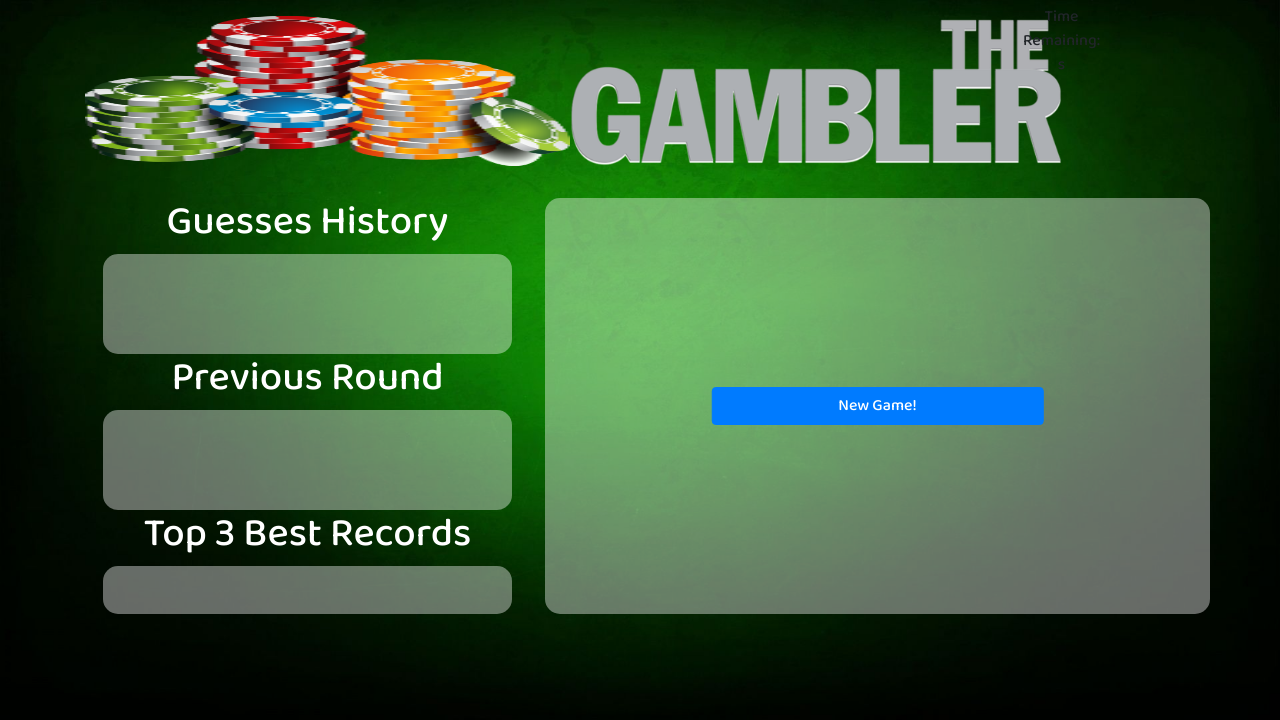
Repository: tts2610/TheCheapShootingGame
Page: index.html
An editor plug-in stored every save of this project. The page is shown before and after the next save, followed by the edit.
The browser window is 1280 px wide. The pictures show the whole page.

Above is the page before, as saved 2020-05-15 12:20:32.

### index.html
<!DOCTYPE html>
<html lang="en">

<head>
    <meta charset="UTF-8">
    <meta name="viewport" content="width=device-width, initial-scale=1.0">
    <title>Document</title>
    <link rel="stylesheet" href="https://maxcdn.bootstrapcdn.com/bootstrap/4.4.1/css/bootstrap.min.css">

    <!-- jQuery library -->
    <script src="https://ajax.googleapis.com/ajax/libs/jquery/3.4.1/jquery.min.js"></script>

    <!-- Popper JS -->
    <script src="https://cdnjs.cloudflare.com/ajax/libs/popper.js/1.16.0/umd/popper.min.js"></script>

    <!-- Latest compiled JavaScript -->
    <script src="https://maxcdn.bootstrapcdn.com/bootstrap/4.4.1/js/bootstrap.min.js"></script>

    <link href="https://fonts.googleapis.com/css2?family=Baloo+2:wght@500&display=swap" rel="stylesheet">

    <link rel="stylesheet" href="css/style.css">

</head>

<body>
    <div aria-live="polite" aria-atomic="true" style="position: relative;">
        <div style="position: absolute; top: 20px; right: 20px;" id="toast-container">
        </div>
    </div>
    <section class="container pb-5 pt-3 numberGuessingBox">
        <div class="img-container">
            <img class="center mb-3" src="img/chips.png" width="auto" height="150">
            <img class="center mb-3" src="img/gambler.png" width="auto" height="150">
            <!-- <img class="center mb-3" src="img/cards.png" width="auto" height="150"> -->
            <div class="result my-3" style="width: auto; height: 150px;">
                <div class="col">Guess Remaining:
                    <span id="guessRemaining"></span>
                </div>
                <div class="col">Time Remaining:
                    <div id="secondRemaining">s</div>
                </div>
            </div>
        </div>

        <div class="row">
            <div class="col-5 left_handSide px-5">
                <h1 style="text-align: center;">Guesses History</h1>
                <div class="row box-1 py-4 px-4" id="guessHistory">

                </div>
                <h1 style="text-align: center;">Previous Round</h1>
                <div class="row box-3 py-2 px-4" id="previousRound">

                </div>
                <h1 style="text-align: center;">Top 3 Best Records</h1>
                <div class="row box-2 py-4 px-4" id="ranking">

                </div>

            </div>
            <div class="col-7 right_handSide px-5">
                <!-- <button onclick="startGame()" class="btn btn-light" id="startGameBtn">New Game!</button> -->

                <button type="button" class="btn btn-primary" id="startGameBtn" data-toggle="modal" data-target="#exampleModal">
                    New Game!
                  </button>

                <canvas id="myCanvas">

                </canvas>


                <!-- <div id="inputDiv">
                    <div class="form customForm py-5">
                        <input type="number" class="form-control" id="guessInput" placeholder="Enter your guess here:" autofocus="autofocus" required>
                        <div class="submitBtn">
                            <button type="button" class="btn btn-primary mt-4" onclick="guessSubmit()" id="guessBtn">Guess</button>
                            <button type="button" class="btn btn-danger mt-4" onclick="reset()" id=resetBtn>Reset</button>
                        </div>
                    </div>

                    <div class="result my-3">
                        <div>Guess Remaining:
                            <span id="guessRemaining"></span>
                        </div>
                        <div>Time Remaining:
                            <div id="secondRemaining">s</div>
                        </div>
                    </div>
                </div> -->


            </div>
        </div>
    </section>

    <script src="js/script.js"></script>
</body>

<!-- Modal -->
<div class="modal fade" id="exampleModal" tabindex="-1" role="dialog" aria-labelledby="exampleModalLabel" aria-hidden="true">
    <div class="modal-dialog" role="document">
        <div class="modal-content">
            <div class="modal-header">
                <h5 class="modal-title" id="exampleModalLabel">Modal title</h5>
                <button type="button" class="close" data-dismiss="modal" aria-label="Close">
            <span aria-hidden="true">&times;</span>
          </button>
            </div>
            <div class="modal-body">
                ...
            </div>
            <div class="modal-footer">
                <button type="button" class="btn btn-primary" data-dismiss="modal" onclick="startGame()">Save changes</button>
            </div>
        </div>
    </div>
</div>

</html>

### css/style.css
body {
    font-family: 'Baloo 2', cursive;
    background: url(../img/bg.jpg) no-repeat center center fixed;
    background-size: 100% 100%;
    height: 100%;
    position: absolute;
    width: 100%;
}

h1 {
    color: white;
}

::-webkit-scrollbar {
    -webkit-appearance: none;
    width: 7px;
}

 ::-webkit-scrollbar-thumb {
    border-radius: 4px;
    background-color: rgba(0, 0, 0, .5);
    box-shadow: 0 0 1px rgba(255, 255, 255, .5);
}

.numberGuessingBox .row .left_handSide .box-1 {
    background-color: rgb(255, 255, 255);
    /* Fallback color */
    background-color: rgba(255, 255, 255, 0.4);
    height: 100px;
    border-radius: 15px;
    display: flex;
    flex-direction: column;
}

.numberGuessingBox .row .left_handSide .box-2 {
    background-color: rgb(255, 255, 255);
    /* Fallback color */
    background-color: rgba(255, 255, 255, 0.4);
    height: auto;
    border-radius: 15px;
    display: flex;
    flex-direction: column;
}

.numberGuessingBox .row .left_handSide .box-3 {
    background-color: rgb(255, 255, 255);
    /* Fallback color */
    background-color: rgba(255, 255, 255, 0.4);
    height: 100px;
    border-radius: 15px;
    overflow-y: auto;
}

.numberGuessingBox .row .right_handSide {
    background-color: rgb(255, 255, 255);
    /* Fallback color */
    background-color: rgba(255, 255, 255, 0.4);
    /* Black w/opacity/see-through */
    border-radius: 15px;
    width: auto;
    color: white;
    font-weight: bold;
}

.numberGuessingBox .row .right_handSide .customForm {
    width: 50%;
    position: absolute;
    top: 30%;
    left: 50%;
    transform: translate(-50%, -50%);
}

.result {
    /* width: 50%; */
    /* position: absolute;
    top: 65%;
    left: 50%; */
    transform: translate(-50%, -50%);
    font-size: medium;
    text-align: center;
}

.numberGuessingBox .row .right_handSide .customForm .submitBtn {
    display: flex;
    justify-content: space-around;
}

#inputDiv {
    display: none;
}

#startGameBtn {
    width: 50%;
    position: absolute;
    top: 50%;
    left: 50%;
    transform: translate(-50%, -50%);
}

#ranking {
    display: flex;
    flex-direction: inherit;
}

.center {
    display: block;
    margin-left: auto;
    margin-right: auto;
    width: 50%;
}

.base-timer {
    position: relative;
    width: 100px;
    height: 100px;
}

.base-timer__svg {
    transform: scaleX(-1);
}

.base-timer__circle {
    fill: none;
    stroke: none;
}

.base-timer__path-elapsed {
    stroke-width: 7px;
    stroke: grey;
}

.base-timer__path-remaining {
    stroke-width: 7px;
    stroke-linecap: round;
    transform: rotate(90deg);
    transform-origin: center;
    transition: 1s linear all;
    fill-rule: nonzero;
    stroke: currentColor;
}

.base-timer__path-remaining.green {
    color: rgb(65, 184, 131);
}

.base-timer__path-remaining.orange {
    color: orange;
}

.base-timer__path-remaining.red {
    color: red;
}

.base-timer__label {
    position: absolute;
    width: 100px;
    height: 100px;
    top: 0;
    display: flex;
    align-items: center;
    justify-content: center;
    font-size: 24px;
}

.img-container {
    display: flex;
}

### js/script.js
// FOR NEW GAME EFFECT
let canvas = document.getElementById("myCanvas");
let startGameBtn = document.getElementById("startGameBtn");

// VARIABLE FOR CALCULATE
let historyBox = [];
let bestScores = [];
let previousRecord = [];
let guess = 5;
let second = 20;
let randomNumber = Math.floor(Math.random() * 100) + 1;
let timer;

// USER INPUT
// let input = document.getElementById("guessInput");

// LEFT BOXES
let guessHistory = document.getElementById("guessHistory");
let ranking = document.getElementById("ranking");
let previousRound = document.getElementById("previousRound");

// RIGHT BOXES
// let secondRemaining = document.getElementById("secondRemaining");
// let guessRemaining = document.getElementById("guessRemaining");
// let finalResult = document.getElementById("finalResult");

// BUTTONS
// let guessBtn = document.getElementById("guessBtn");
// let resetBtn = document.getElementById("resetBtn");


// TOASTER + TOASTER OUTPUT
let toaster = document.getElementById("toast-container");
let prompts = { 1: "Too Low!", 2: "Too High!", 3: "You already input that number!", 4: "Better luck next time!", 5: "Great Job!", 6: "Please input your number!" }


// =========== MAIN ============

// ENTER KEY PRESSED
// $(document).keypress(function(e) {
//     if (e.which == 13) {
//         $("#guessBtn").click();
//     }
// });

$(document).ready(function() {
    canvas.style.display = "none";
    // input.disabled = true;
    // guessBtn.disabled = true;
    // resetBtn.disabled = true;
});

// NEW-GAME BUTTON PRESSED
function startGame() {
    window.scroll(0, 0);
    toaster.innerHTML = ""
        // secondRemaining.innerHTML = second;
        // timecounting();
        // guessRemaining.textContent = guess;
    loadImages();
    setupKeyboardListeners();
    main();
    displayDiv();
    // enableOrDisableBtn();
    // autoFocus();
}


// GUESS BUTTON PRESSED
function guessSubmit() {
    // if (guessBtn.disabled) return;
    // else if (input.value == '' && !guessBtn.disabled) {
    //     createAlert(6);
    //     return;
    // }
    let result = getResult();
    createAlert(result);

    if ([4, 5].includes(result)) {
        resetToDefault();
        enableOrDisableBtn();
        displayDiv();
        insertPreviousRecord();
    }
    bestScores.sort((a, b) => (a.guessRemain > b.guessRemain) ? -1 : 1);
    guessHistory.innerHTML = "";
    historyBox.forEach(element => {
        var p = document.createElement("p");
        var img = document.createElement("img")
        img.src = "img/dice.png";
        img.width = 60;
        img.height = 60;
        var textnode = document.createTextNode(element); // Create a text node
        p.appendChild(img);
        p.appendChild(textnode);
        guessHistory.append(p);
    });

    if (result == 5) {
        ranking.innerHTML = "";
        bestScores.forEach((element, i) => {
            if (i == 3) {
                return;
            }
            var p = document.createElement("div");
            p.className = "mt-3 mx-4";
            var img = document.createElement("img")
            img.src = "img/" + ++i + ".png";
            img.width = 64;
            img.height = 64;
            var textnode = document.createTextNode("Sean finished with " + (guess - element.guessRemain + 1) + " tries in " + (second - element.timeRemain) + "s!");
            p.appendChild(img);
            p.appendChild(textnode);
            var hr = document.createElement("hr");
            ranking.append(p);
            ranking.append(hr);
        });
    }

    // clear after insert
    // input.value = "";
    autoFocus();
}

// RESET BUTTON PRESSED
function reset() {
    resetToDefault();
    enableOrDisableBtn();
    displayDiv();
}

// ============END-MAIN===========

// =========EXTRA-FUNCTIONS=======

// function enableOrDisableBtn() {
//     if (!input.disabled && !guessBtn.disabled && !resetBtn.disabled) {
//         input.disabled = true;
//         guessBtn.disabled = true;
//         resetBtn.disabled = true;
//     } else {
//         input.disabled = false;
//         guessBtn.disabled = false;
//         resetBtn.disabled = false;
//     }

// }

function displayDiv() {
    if (canvas.style.display === "block" && startGameBtn.style.display === "none") {
        canvas.style.display = "none";
        startGameBtn.style.display = "block";
    } else {
        canvas.style.display = "block";
        startGameBtn.style.display = "none";
    }

}

function resetToDefault() {
    clearInterval(timer);
    guess = 5;
    second = 20;
    historyBox = [];
    guessHistory.innerHTML = "";
    randomNumber = Math.floor(Math.random() * 100) + 1;
}

// function timecounting() {
//     timer = setInterval(() => {
//         if (second == 0) {
//             previousRecord.push(["FAILED", guess, second]);
//             clearInterval(timer);
//             createAlert(4);
//             reset();
//             insertPreviousRecord();
//             return;
//         }
//         second -= 1;
//         secondRemaining.innerHTML = second + "s";
//     }, 1000)

// }

// function getResult() {
//     let result = 0;
//     if (historyBox.includes(input.value)) {
//         result = 3;
//     } else {
//         historyBox.push(input.value);
//         if (input.value == randomNumber) {
//             bestScores.push({ guessRemain: guess, timeRemain: second });
//             previousRecord.push(["SUCCEED", guess - 1, second])
//             return 5;
//         } else if (input.value < randomNumber) {
//             result = 1;
//         } else if (input.value > randomNumber) {
//             result = 2;
//         }
//         guessRemaining.textContent = --guess;
//         if (guess == 0) {
//             result = 4;
//             previousRecord.push(["FAILED", guess, second])
//         }
//     }
//     return result;
// }


function createAlert(alertType) {

    let alertColor = [1, 2, 3, 4, 6].includes(alertType) ? "btn-danger" : "btn-info";
    let text = prompts[alertType];

    text += [4, 5].includes(alertType) ? "! Try another round to rank up!" : "";

    if (toaster.childElementCount > 1 || [4, 5].includes(alertType)) {
        toaster.innerHTML = "";
    }

    toaster.innerHTML += `<div class="toast" id="toast" role="alert" aria-live="assertive" aria-atomic="true" data-delay="5000">
    <div class="toast-body ${alertColor}" style="letter-spacing: 1px;">
        ${text}
    </div>
    </div>`;
    $('.toast').toast('show');
}


function insertPreviousRecord() {
    previousRound.innerHTML = "";
    // just for printing, have to reverse back after printing
    previousRecord.reverse();

    previousRecord.forEach(element => {
        var p = document.createElement("div");
        p.className = "mt-3 mx-4";
        var img = document.createElement("img")
        img.src = element[0] == "FAILED" ? "img/red_cross.png" : "img/green_tick.png";
        img.width = 32;
        img.height = 32;
        var textnode = document.createTextNode(element[0] + " / " + "Finished with " + (guess - element[1]) + " tries in " + (second - element[2]) + "s");
        p.appendChild(img);
        p.appendChild(textnode);

        previousRound.append(p);
    });
    previousRecord.reverse();
}

// function autoFocus() {
//     input.focus();
// }


// FOR THE GAME

ctx = canvas.getContext("2d");
canvas.width = 512;
canvas.height = 480;

let bgReady, heroReady, monsterReady;
let bgImage, heroImage, monsterImage;

let startTime = Date.now();
const SECONDS_PER_ROUND = 30;
let elapsedTime = 0;

function loadImages() {
    bgImage = new Image();
    bgImage.onload = function() {
        // show the background image
        bgReady = true;
    };
    bgImage.src = "img/background.png";
    heroImage = new Image();
    heroImage.onload = function() {
        // show the hero image
        heroReady = true;
    };
    heroImage.src = "img/hero.png";

    monsterImage = new Image();
    monsterImage.onload = function() {
        // show the monster image
        monsterReady = true;
    };
    monsterImage.src = "img/monster.png";
}

/**
 * Setting up our characters.
 *
 * Note that heroX represents the X position of our hero.
 * heroY represents the Y position.
 * We'll need these values to know where to "draw" the hero.
 *
 * The same applies to the monster.
 */

let heroX = canvas.width / 2;
let heroY = canvas.height / 2;

let monsterX = 100;
let monsterY = 100;

/**
 * Keyboard Listeners
 * You can safely ignore this part, for now.
 *
 * This is just to let JavaScript know when the user has pressed a key.
 */
let keysDown = {};

function setupKeyboardListeners() {
    // Check for keys pressed where key represents the keycode captured
    // For now, do not worry too much about what's happening here.
    addEventListener("keydown", function(key) {
        keysDown[key.keyCode] = true;
    }, false);

    addEventListener("keyup", function(key) {
        delete keysDown[key.keyCode];
    }, false);
}


/**
 *  Update game objects - change player position based on key pressed
 *  and check to see if the monster has been caught!
 *
 *  If you change the value of 5, the player will move at a different rate.
 */
let update = function() {
    // Update the time.
    elapsedTime = Math.floor((Date.now() - startTime) / 1000);


    if (38 in keysDown) { // Player is holding up key
        heroY -= 5;
    }
    if (40 in keysDown) { // Player is holding down key
        heroY += 5;
    }
    if (37 in keysDown) { // Player is holding left key
        heroX -= 5;
    }
    if (39 in keysDown) { // Player is holding right key
        heroX += 5;
    }

    if (heroX <= 0) {
        heroX = canvas.width - 32;
    } else if (heroX > canvas.width - 32) {
        heroX = 0;
    }

    if (heroY < 0) {
        heroY = canvas.height - 32;
    } else if (heroY > canvas.height - 32) {
        heroY = 0;
    }

    // Check if player and monster collided. Our images
    // are about 32 pixels big.
    if (
        heroX <= (monsterX + 32) &&
        monsterX <= (heroX + 32) &&
        heroY <= (monsterY + 32) &&
        monsterY <= (heroY + 32)
    ) {
        // Pick a new location for the monster.
        // Note: Change this to place the monster at a new, random location.
        monsterX = Math.abs(Math.floor(Math.random() * canvas.width - 32));
        monsterY = Math.abs(Math.floor(Math.random() * canvas.height - 32));
    }
};

/**
 * This function, render, runs as often as possible.
 */
var render = function() {
    if (bgReady) {
        ctx.drawImage(bgImage, 0, 0);
    }
    if (heroReady) {
        ctx.drawImage(heroImage, heroX, heroY);
    }
    if (monsterReady) {
        ctx.drawImage(monsterImage, monsterX, monsterY);
    }
    ctx.fillText(`Seconds Remaining: ${SECONDS_PER_ROUND - elapsedTime}`, 20, 100);
};

/**
 * The main game loop. Most every game will have two distinct parts:
 * update (updates the state of the game, in this case our hero and monster)
 * render (based on the state of our game, draw the right things)
 */
var main = function() {
    update();
    render();
    // Request to do this again ASAP. This is a special method
    // for web browsers.
    requestAnimationFrame(main);
};

After the next save:
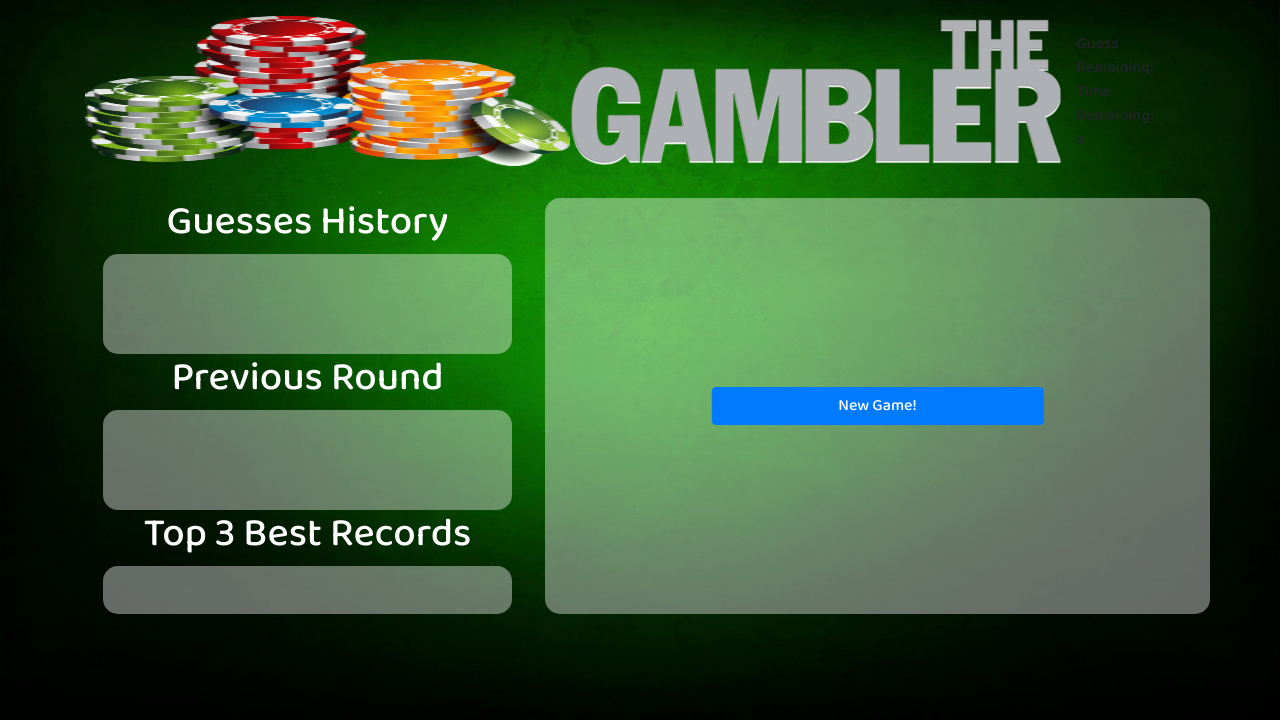
Saved 16 s later.
--- a/css/style.css
+++ b/css/style.css
@@ -70,25 +70,27 @@ h1 {
     transform: translate(-50%, -50%);
 }
 
-.result {
+
+/* .result {
     /* width: 50%; */
-    /* position: absolute;
+
+
+/* position: absolute;
     top: 65%;
     left: 50%; */
-    transform: translate(-50%, -50%);
-    font-size: medium;
-    text-align: center;
+
+transform: translate(-50%, -50%);
+font-size: medium;
+text-align: center;
+
 }
-
-.numberGuessingBox .row .right_handSide .customForm .submitBtn {
+*/ .numberGuessingBox .row .right_handSide .customForm .submitBtn {
     display: flex;
     justify-content: space-around;
 }
-
 #inputDiv {
     display: none;
 }
-
 #startGameBtn {
     width: 50%;
     position: absolute;
@@ -96,39 +98,32 @@ h1 {
     left: 50%;
     transform: translate(-50%, -50%);
 }
-
 #ranking {
     display: flex;
     flex-direction: inherit;
 }
-
 .center {
     display: block;
     margin-left: auto;
     margin-right: auto;
     width: 50%;
 }
-
 .base-timer {
     position: relative;
     width: 100px;
     height: 100px;
 }
-
 .base-timer__svg {
     transform: scaleX(-1);
 }
-
 .base-timer__circle {
     fill: none;
     stroke: none;
 }
-
 .base-timer__path-elapsed {
     stroke-width: 7px;
     stroke: grey;
 }
-
 .base-timer__path-remaining {
     stroke-width: 7px;
     stroke-linecap: round;
@@ -138,19 +133,15 @@ h1 {
     fill-rule: nonzero;
     stroke: currentColor;
 }
-
 .base-timer__path-remaining.green {
     color: rgb(65, 184, 131);
 }
-
 .base-timer__path-remaining.orange {
     color: orange;
 }
-
 .base-timer__path-remaining.red {
     color: red;
 }
-
 .base-timer__label {
     position: absolute;
     width: 100px;
@@ -161,7 +152,6 @@ h1 {
     justify-content: center;
     font-size: 24px;
 }
-
 .img-container {
     display: flex;
 }
